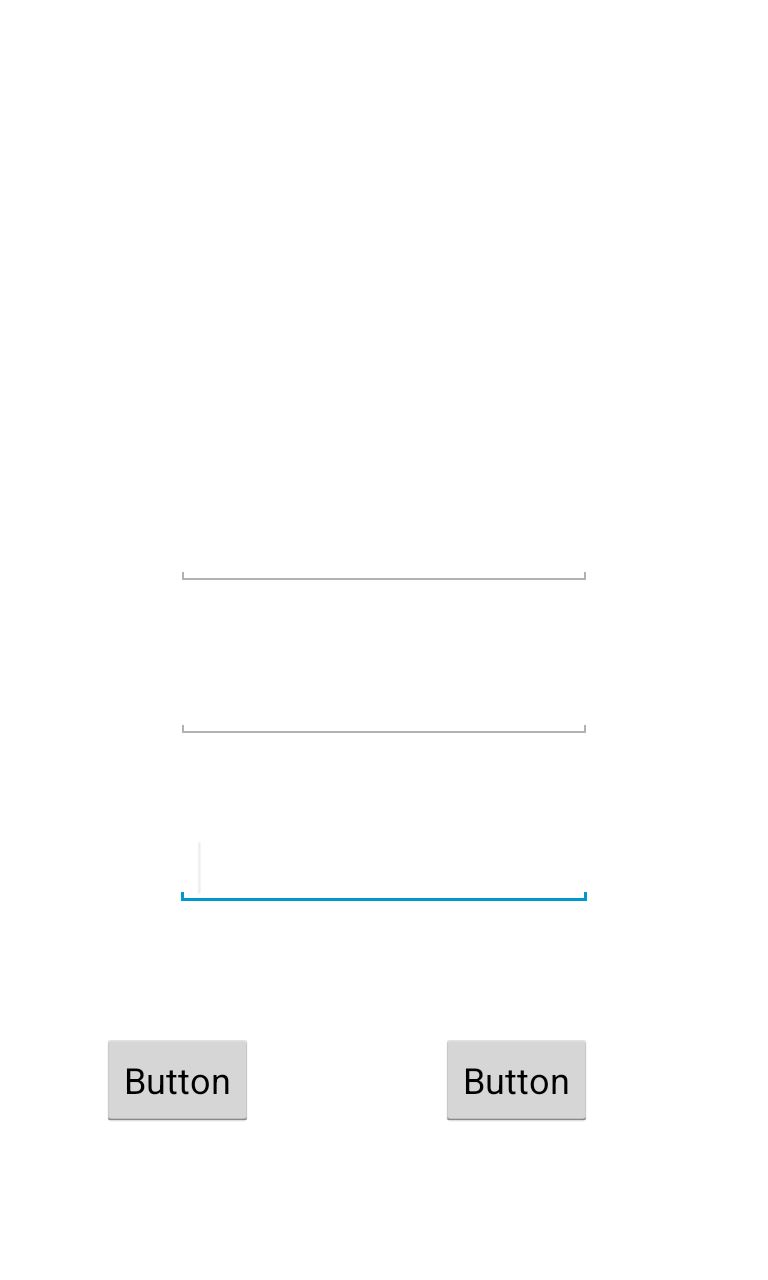
Repository: sergiofffilho/TrocandoIdeias
Layout: workspace/TrocandoIdeias/res/layout/activity_cadastro.xml
The author's editor kept a copy of each file at every save. The layout is drawn from the files as they stood at one save, then again after the next save.
It is drawn on a 768 x 1280 px phone screen (xhdpi) without system bars, with theme AppTheme; the app's code is not run. The app's manifest (not shown) leaves right-to-left support off. So textAlignment, textDirection and layoutDirection are ignored, and left and right values win over start and end ones.

Above is the layout before, as saved 2015-04-25 16:18:40.

After the next save:
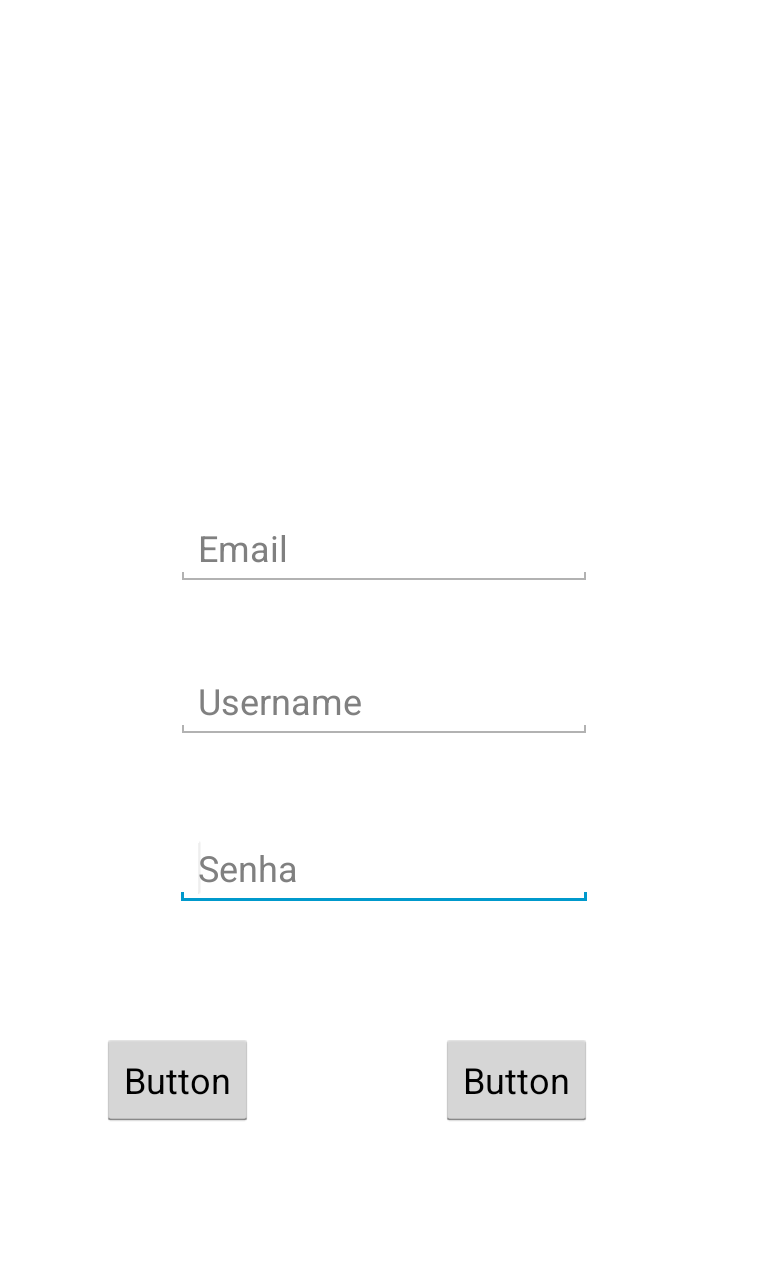
Saved 31 s later.
--- a/workspace/TrocandoIdeias/res/layout/activity_cadastro.xml
+++ b/workspace/TrocandoIdeias/res/layout/activity_cadastro.xml
@@ -35,7 +35,8 @@
         android:layout_above="@+id/editText3"
         android:layout_centerHorizontal="true"
         android:layout_marginBottom="44dp"
-        android:ems="10" />
+        android:ems="10"
+        android:hint="@string/usernameCadastro" />
 
     <EditText
         android:id="@+id/editText1"
@@ -45,6 +46,7 @@
         android:layout_centerHorizontal="true"
         android:layout_marginBottom="37dp"
         android:ems="10"
+        android:hint="@string/email"
         android:inputType="textEmailAddress" />
 
     <EditText
@@ -54,7 +56,8 @@
         android:layout_above="@+id/button1"
         android:layout_alignLeft="@+id/editText2"
         android:layout_marginBottom="62dp"
-        android:ems="10" >
+        android:ems="10"
+        android:hint="@string/senha" >
 
         <requestFocus />
     </EditText>
